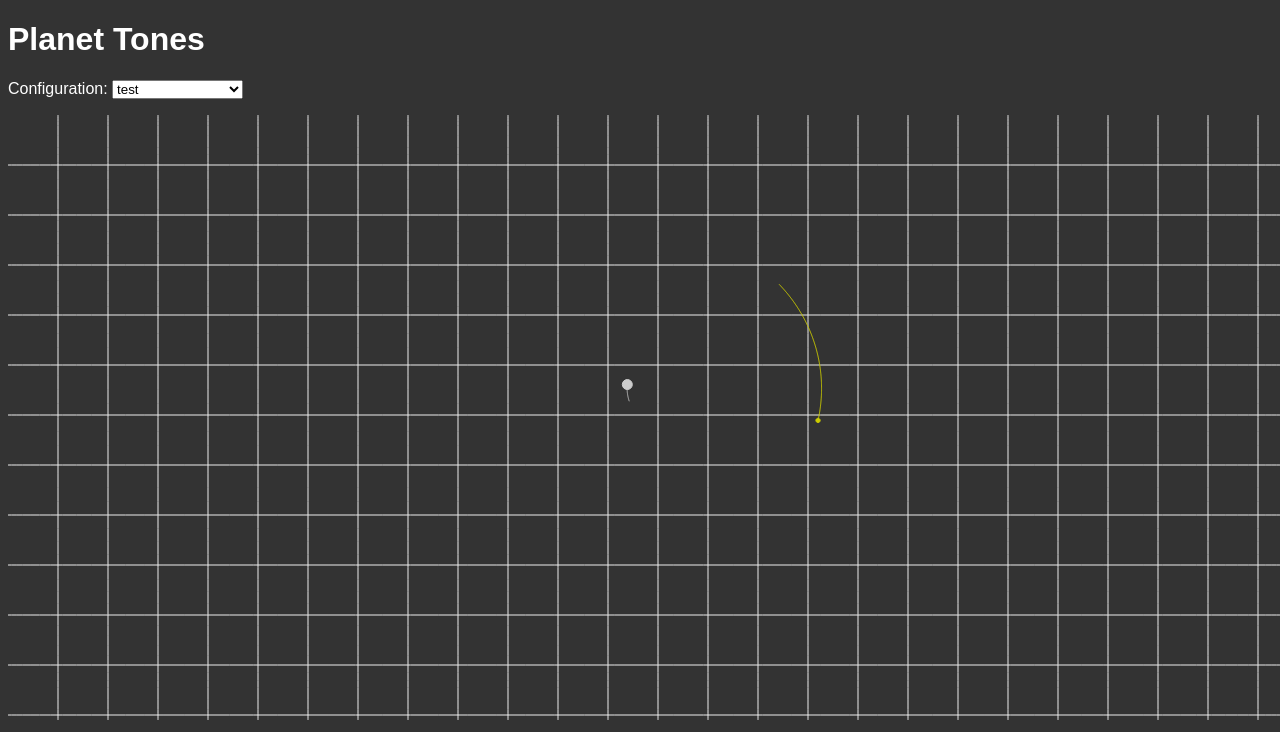
Repository: sroons/planet-of-sound
Page: planets.html
An editor plug-in stored every save of this project. The page is shown before and after the next save, followed by the edit.
The browser window is 1280 px wide. The pictures show the whole page.

Above is the page before, as saved 2020-05-25 15:12:58.

### planets.html
<!DOCTYPE html>
<!-- generates planets -->
<html>
  <head>
    <title>Planets</title>
    <script src="paper.js" type="text/javascript"></script>
    <script src="tone.js" type="text/javascript"></script>
    <script
      src="planets.js"
      type="text/paperscript"
      charset="utf-8"
      canvas="canvas"
    ></script>
    <style>
      body {
        background-color: #333;
        font-family: sans-serif;
        color: white;
      }
    </style>
  </head>

  <body>
    <h1>Planet Tones</h1>
    <p>
      Configuration:
      <select id="system"></select>
    </p>
    <!-- <button  onclick="stopAll()">Stop</button> -->
    <canvas id="canvas" resize></canvas>
  </body>
</html>

### planets.js
var simulation = function () {}

simulation.prototype = {
    G: 10000,
    PATH_MAX_POINTS: 100,
    MAX_DELTA: 0.03,
    STEPS: 50,
    MINV: 1,
    MAXV: 150,
    MINDB: Math.log(1),
    MAXDB: Math.log(100),
    GRIDSIZE: 50,

    init: function (systems, center) {
        this.center = center;
        this.systems = systems;
        this.addOptions();
        this.initializeGrid();
        this.initializePlanets();

    },

    drawGrid: function () {
        /* //get context
        var c = document.getElementById("canvas");
        var ctx = c.getContext('2d');
        ctx.strokeStyle = "#DDDDDD";
        ctx.lineWidth=0.3;
        ctx.beginPath();
        //draw vertical lines
        var newX = 0;
        var x=1;
        do{
            newX = this.GRIDSIZE * x;
            ctx.moveTo(newX, 0);
            ctx.lineTo(newX, c.height);
            x++
        }
        while(this.GRIDSIZE * x < c.width);

        //draw horizontal lines
        var newY = 0;
        var y=1;
        do{
            newY = this.GRIDSIZE * y;
            ctx.moveTo(0, newY);
            ctx.lineTo(0, c.width);
            y++;
        }
        while(this.GRIDSIZE * y < c.height);

        ctx.stroke(); */

        var c = document.getElementById("canvas");
        var ctx = c.getContext('2d');
        for (var x = this.GRIDSIZE; x < c.width; x = x + this.GRIDSIZE) {
            var line = this.GRID.VERTICALS[x];
            line.path.strokeColor = line.color;
        };

        for (var y = this.GRIDSIZE; y < c.height; y = y + this.GRIDSIZE) {
            var line = this.GRID.HORIZONTALS[y];
            line.path.strokeColor = line.color;
        }
    },

    initializeGrid: function () {
        var c = document.getElementById("canvas");
        this.GRID = {};
        this.GRID.VERTICALS = [c.width];
        this.GRID.HORIZONTALS = [c.height];
        //create vertical lines
        var newX = 0;
        var x = 1;
        do {
            newX = this.GRIDSIZE * x;
            this.GRID.VERTICALS[newX] = {
                x: newX,
                width: 0.2,
                height: c.height,
                note: x,
                plucked: false,
                color: "#eee",
                path: new Path.Line(
                    new Point(newX, 0),
                    new Point(newX, c.height)
                )
            };
            x++;
        }
        while (this.GRIDSIZE * x < c.width);

        //create horizontal lines
        var newY = 0;
        var y = 1;
        do {
            newY = this.GRIDSIZE * y;
            this.GRID.HORIZONTALS[newY] = {
                y: newY,
                width: c.width,
                height: 0.2,
                note: y,
                plucked: false,
                color: "#eee",
                path: new Path.Line(
                    new Point(0, newY),
                    new Point(c.width, newY)
                )
            };
            y++;
        }
        while (this.GRIDSIZE * y < c.height);

    },

    addOptions: function (systems) {
        this.select = document.getElementById("system");
        var self = this;
        this.select.addEventListener('change', function () {
            self.initializePlanets();
        }, false);
        for (var system in this.systems) {
            this.select.options[this.select.options.length] = new Option(system, system);
        }
    },
    initializePlanets: function () {
        this.clearPlanets();
        this.planets = [];
        var planets = this.systems[this.select.options[this.select.selectedIndex].value];
        for (var i in planets) {
            var planet = {
                mass: planets[i].mass,
                position: new Point(planets[i].x, planets[i].y),
                velocity: new Point(planets[i].velX, planets[i].velY),
                color: planets[i].color,
                waveType: planets[i].soundWave
                //add a property for midi channel
            };
            this.planets.push(planet);
        }
        this.draw();
    },
    clearPlanets: function () {
        for (var i in this.planets) {
            this.planets[i].circle.remove();
            this.planets[i].path.remove();
            this.planets[i].tone.stop();
        }
    },
    draw: function () {
        var reverb = new Tone.JCReverb(0.75).toMaster();
        for (i in this.planets) {
            var planet = this.planets[i];
            var radius = Math.max(Math.min(Math.pow(planet.mass, 1 / 3), 5), 2);
            planet.circle = new Path.Circle(this.paperCoordinates(planet.position), radius);
            planet.circle.strokeColor = planet.color;
            planet.circle.fillColor = planet.color;

            planet.path = new Path();
            planet.path.strokeColor = planet.color;
            planet.path.add(new Point(this.paperCoordinates(planet.position)));

            planet.panner = new Tone.Panner(1);
            planet.tone = new Tone.Oscillator({
                "frequency": 440,
                "volume": -40,
                "type": planet.waveType
            }).chain(planet.panner, reverb).start();
            this.drawGrid()
        }
    },
    getPositions: function () {
        var pos = new Array(this.planets.length);
        for (var i in this.planets) {
            pos[i] = this.planets[i].position;
        }
        return pos;
    },
    getVelocities: function () {
        var vel = new Array(this.planets.length);
        for (var i in this.planets) {
            vel[i] = this.planets[i].velocity;
        }
        return vel;
    },
    calculateAcceleration: function (positions) {
        var acc = new Array(this.planets.length);
        for (var i in this.planets) {
            acc[i] = new Point(0, 0);
        }
        for (var i in this.planets) {
            for (var j = 0; j < i; j++) {
                var d = positions[j] - positions[i];
                var r2 = Math.pow(d.length, 2);

                var f = d.normalize() * this.G * this.planets[i].mass * this.planets[j].mass / r2;

                acc[i] += f / this.planets[i].mass;
                acc[j] -= f / this.planets[j].mass;
            }
        }
        return acc;
    },
    calculateVelocities: function (acc, dt) {
        var vel = new Array(this.planets.length);
        for (var i in this.planets) {
            vel[i] = this.planets[i].velocity + acc[i] * dt;
        }
        return vel;
    },
    updateVelocities: function (vel) {
        for (var i in this.planets) {
            this.planets[i].velocity = vel[i];
        }
    },
    calculatePositions: function (vel, dt) {
        var pos = new Array(this.planets.length);
        for (var i in this.planets) {
            pos[i] = this.planets[i].position + vel[i] * dt;
        }
        return pos;
    },
    updatePositions: function (positions) {
        for (var i in this.planets) {
            var planet = this.planets[i];
            //sample planet structure
            //~~~~~~~~~~~~~~~~~~~~~~~~~~~~~~~~~~~~~
            //VM16:149 ===> mass=200
            //VM16:149 ===> position={ x: 15.08242, y: 158.04173 }
            //VM16:149 ===> velocity={ x: -2.96926, y: 9.48738 }
            //VM16:149 ===> color=#ccc
            //VM16:149 ===> waveType=sine2
            //===>midiChannel
            //VM16:149 ===> circle=Path @2
            //VM16:149 ===> path=Path @3
            //VM16:149 ===> panner=Panner
            //VM16:149 ===> tone=Oscillator

            planet.position = positions[i];
            this.checkForMidiNote(planet);
            planet.tone.frequency.value = this.getPlanetSoundFrequency(positions[i].y);
            //planet.tone.volume.value = this.getPlanetSoundVolume(positions[i].x);
            planet.tone.volume.value = this.getPlanetSoundVolume(this.getPerceivedVelocity(planet));
            planet.panner.value = this.getPlanetSoundPan(positions[i].x);
            //console.log(planet.panner.value )
        }
    },
    checkForMidiNote: function (planet) {
        if (this.checkGridCrossing(planet.position)) {
            console.log("gridline crossed");
        }

    },
    LASTX: 0,
    LASTY: 0,
    checkGridCrossing: function (positions) {
        var roundedX = Math.floor(positions.x);
        var roundedY = Math.floor(positions.y);
        if (roundedX % this.GRIDSIZE == 0 && roundedX != this.LASTX) {
            this.LASTX = roundedX;
            return true;
        }
        if (roundedY % this.GRIDSIZE == 0 && roundedY != this.LASTY) {
            this.LASTY = roundedY;
            return true;
        }
        return false;
    },
    X_RANGE: [-150, 150],
    PAN_RANGE: [1, -1],
    getPlanetSoundPan: function (val) {
        return this.convertRange(val, this.X_RANGE, this.PAN_RANGE)
    },

    getPlanetSoundFrequency: function (val) {
        return this.pixelToFreq(val);
    },
    getPlanetSoundVolume: function (val) {
        return this.velocitytToDb(val - 50);
    },
    VELOCITY_RANGE: [0, 800],
    DB_RANGE: [-35, 0],
    velocitytToDb: function (val) {
        var newVol = this.convertRange(val, this.VELOCITY_RANGE, this.DB_RANGE);
        //failsafe so we don't blow out speakers
        if (newVol > this.DB_RANGE[1]) return this.DB_RANGE[1];
        return newVol;
    },
    PIXEL_RANGE: [-100, 100],
    FREQUENCY_RANGE: [4, 440],
    pixelToFreq: function (val) {
        var newFreq = this.convertRange(val, this.PIXEL_RANGE, this.FREQUENCY_RANGE);
        //failsafe
        if (newFreq > 10000) return 10000;
        return newFreq;
    },

    convertRange: function (input, r1, r2) {
        return (input - r1[0]) * (r2[1] - r2[0]) / (r1[1] - r1[0]) + r2[0];
    },
    getPerceivedVelocity: function (planet) {
        var velX = Math.abs(planet.velocity.x);
        var velY = Math.abs(planet.velocity.y);
        if (velX > velY) {
            return velX
        } else {
            return velY
        }
    },
    updateRepresentation: function () {
        for (var i in this.planets) {
            this.updatePlanetRepresentation(this.planets[i]);
        }
    },
    updatePlanetRepresentation: function (planet) {
        planet.circle.position = this.paperCoordinates(planet.position);
        planet.path.add(this.paperCoordinates(planet.position));
        if (planet.path.segments.length > this.PATH_MAX_POINTS) {
            planet.path.removeSegments(0, 1);
        }
    },
    paperCoordinates: function (point) {
        if (this.center === undefined) {
            return view.center - point;
        } else {
            return view.center - this.planets[this.center].position + point;
        }
    },
    simulate: function (delta) {
        var v1 = this.getVelocities();
        var p1 = this.getPositions();
        var a1 = this.calculateAcceleration(p1);

        var v2 = this.calculateVelocities(a1, delta / 2);
        var p2 = this.calculatePositions(v1, delta / 2);
        var a2 = this.calculateAcceleration(p2);

        var v3 = this.calculateVelocities(a2, delta / 2);
        var p3 = this.calculatePositions(v2, delta / 2);
        var a3 = this.calculateAcceleration(p3);

        var v4 = this.calculateVelocities(a3, delta);
        var p4 = this.calculatePositions(v3, delta);
        var a4 = this.calculateAcceleration(p4);

        var acc = new Array(this.planets.length);
        var vel = new Array(this.planets.length);
        for (var i in this.planets) {
            acc[i] = a1[i] / 6 + a2[i] / 3 + a3[i] / 3 + a4[i] / 6;
            vel[i] = v1[i] / 6 + v2[i] / 3 + v3[i] / 3 + v4[i] / 6;
        }
        this.updatePositions(this.calculatePositions(vel, delta));
        this.updateVelocities(this.calculateVelocities(acc, delta));
    },
    onFrame: function (event) {
        var delta = event.delta;
        if (delta > this.MAX_DELTA) delta = this.MAX_DELTA;
        for (var i = 0; i < this.STEPS; i++) {
            this.simulate(delta / this.STEPS);
        }
        this.updateRepresentation();
    }
}

function three_body(p1, p2) {
    return [{
            mass: 100,
            x: -100,
            y: 0,
            velX: 100 * p1,
            velY: 100 * p2,
            color: "#ccc",
            soundWave: "sine2"
        },
        {
            mass: 100,
            x: 100,
            y: 0,
            velX: 100 * p1,
            velY: 100 * p2,
            color: "#cc0",
            soundWave: "sine4"
        },
        {
            mass: 100,
            x: 0,
            y: 0,
            velX: -200 * p1,
            velY: -200 * p2,
            color: "#c00",
            soundWave: "sine6"
        },
    ];
}

var systems = {
    // http://phet.colorado.edu/sims/my-solar-system/my-solar-system_en.html
    test: [{
            mass: 200,
            x: 0,
            y: 0,
            velX: 0,
            velY: 0,
            color: "#ccc",
            soundWave: "sine2"
        },
        {
            mass: 10,
            x: 160,
            y: 0,
            velX: 0,
            velY: 120,
            color: "#cc0",
            soundWave: "sine4"
        },

    ],
    sun_planet_moon: [{
            mass: 200,
            x: 0,
            y: 0,
            velX: 0,
            velY: 0,
            color: "#ccc",
            soundWave: "sine2"
        },
        {
            mass: 10,
            x: 160,
            y: 0,
            velX: 0,
            velY: 120,
            color: "#cc0",
            soundWave: "sine4"
        },
        {
            mass: 0.001,
            x: 140,
            y: 0,
            velX: 0,
            velY: 53,
            color: "#c00",
            soundWave: "sine6"
        }
    ],

    four_star_ballet: [{
            mass: 120,
            x: -100,
            y: 100,
            velX: -50,
            velY: -50,
            color: "#ccc",
            soundWave: "sine2"
        },
        {
            mass: 120,
            x: 100,
            y: 100,
            velX: -50,
            velY: 50,
            color: "#cc0",
            soundWave: "sine4"
        },
        {
            mass: 120,
            x: 100,
            y: -100,
            velX: 50,
            velY: 50,
            color: "#c00",
            soundWave: "sine6"
        },
        {
            mass: 120,
            x: -100,
            y: -100,
            velX: 50,
            velY: -50,
            color: "#0cc",
            soundWave: "sine8"
        }
    ],

    double_double: [{
            mass: 60,
            x: -115,
            y: -3,
            velX: 0,
            velY: -155,
            color: "#ccc",
            soundWave: "sine2"
        },
        {
            mass: 70,
            x: 102,
            y: 0,
            velX: 1,
            velY: 150,
            color: "#cc0",
            soundWave: "sine4"
        },
        {
            mass: 55,
            x: -77,
            y: -2,
            velX: -1,
            velY: 42,
            color: "#c00",
            soundWave: "sine6"
        },
        {
            mass: 62,
            x: 135,
            y: 0,
            velX: -1,
            velY: -52,
            color: "#0cc",
            soundWave: "sine8"
        }
    ],

    sun_planet_comet: [{
            mass: 200,
            x: 0,
            y: 0,
            velX: 0,
            velY: 0,
            color: "#ccc",
            soundWave: "sine2"
        },
        {
            mass: 1,
            x: 150,
            y: 0,
            velX: 0,
            velY: 120,
            color: "#cc0",
            soundWave: "sine4"
        },
        {
            mass: 0.001,
            x: -220,
            y: 130,
            velX: -15,
            velY: -28,
            color: "#c00",
            soundWave: "sine6"
        }
    ],

    ellipses: [{
            mass: 250,
            x: -200,
            y: 0,
            velX: 0,
            velY: 0,
            color: "#ccc",
            soundWave: "sine2"
        },
        {
            mass: 0.001,
            x: -115,
            y: 0,
            velX: 0,
            velY: 151,
            color: "#cc0",
            soundWave: "sine4"
        },
        {
            mass: 0.001,
            x: 50,
            y: 0,
            velX: 0,
            velY: 60,
            color: "#c00",
            soundWave: "sine6"
        },
        {
            mass: 0.001,
            x: 220,
            y: 0,
            velX: 0,
            velY: 37,
            color: "#0cc",
            soundWave: "sine8"
        }
    ],

    //http://suki.ipb.ac.rs/3body
    broucke_henon: [{
            mass: 100,
            x: -100,
            y: 0,
            velX: 0,
            velY: -93.9325,
            color: "#ccc",
            soundWave: "sine2"
        },
        {
            mass: 100,
            x: 50,
            y: -64.7584,
            velX: -50.5328,
            velY: 46.96663,
            color: "#cc0",
            soundWave: "sine4"
        },
        {
            mass: 100,
            x: 50,
            y: 64.7584,
            velX: 50.5328,
            velY: 46.96663,
            color: "c00",
            soundWave: "sine6"
        }
    ],
    figure_8: three_body(0.347111, 0.532728),
    butterfly_1: three_body(0.306893, 0.125507),
    butterfly_2: three_body(0.392955, 0.097579),
    bumblebee: three_body(0.184279, 0.587188),
    dragonfly: three_body(0.080584, 0.588836),
    googles: three_body(0.083300, 0.127889),
    mouth_1: three_body(0.464445, 0.396060),
    mouth_2: three_body(0.439166, 0.452968),
    mouth_3: three_body(0.383444, 0.377364),
    butterfly_3: three_body(0.405916, 0.230163),
    butterfly_4: three_body(0.350112, 0.079339),
    yarn: three_body(0.559064, 0.349192),
    ying_yang: three_body(0.513938, 0.304736),
    ying_yang_1b: three_body(0.282699, 0.327209),
    ying_yang_2a: three_body(0.416822, 0.330333),
    ying_yang_2b: three_body(0.417343, 0.313100)
}

var sim = new simulation();
sim.init(systems);

function onFrame(event) {
    sim.onFrame(event);
}

function stopAll() {
    sim.clearPlanets()
}

Loaded but not shown: paper.js (library); tone.js (library)

After the next save:
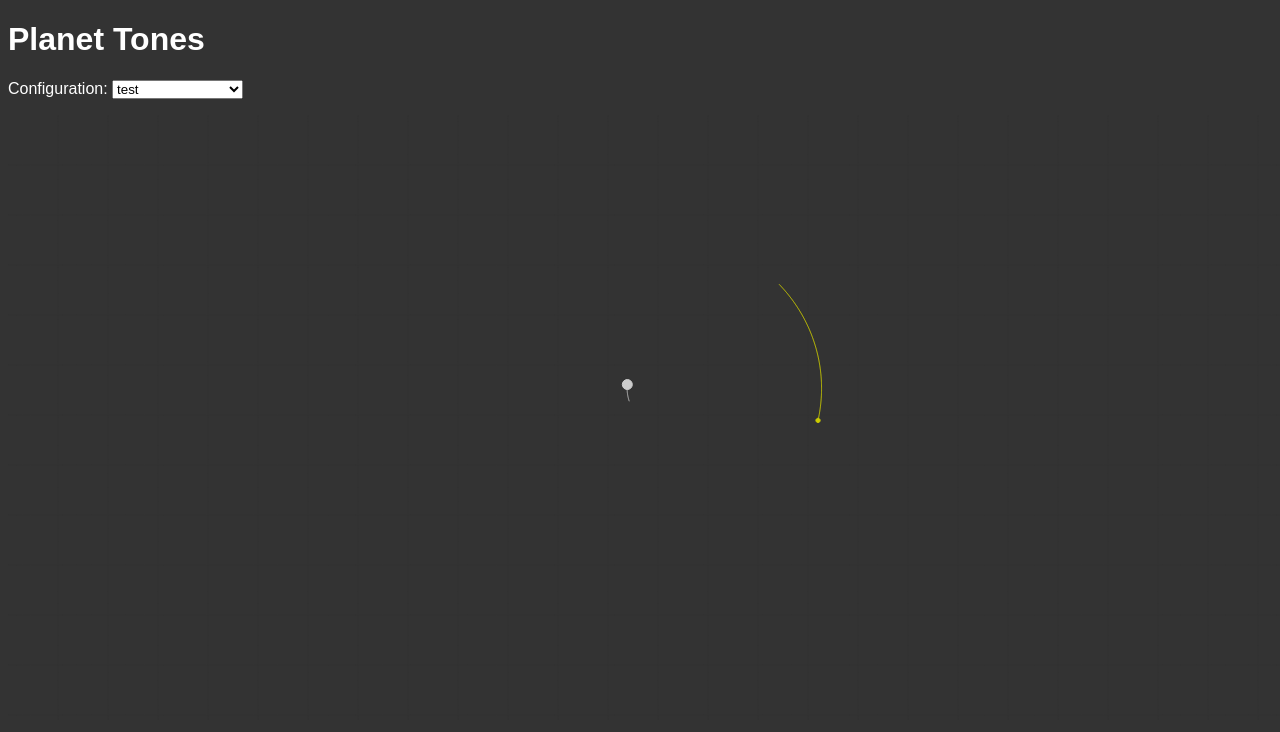
Saved 89 s later.
--- a/planets.js
+++ b/planets.js
@@ -80,7 +80,7 @@ simulation.prototype = {
                 height: c.height,
                 note: x,
                 plucked: false,
-                color: "#eee",
+                color: "#333",
                 path: new Path.Line(
                     new Point(newX, 0),
                     new Point(newX, c.height)
@@ -101,7 +101,7 @@ simulation.prototype = {
                 height: 0.2,
                 note: y,
                 plucked: false,
-                color: "#eee",
+                color: "#333",
                 path: new Path.Line(
                     new Point(0, newY),
                     new Point(c.width, newY)
